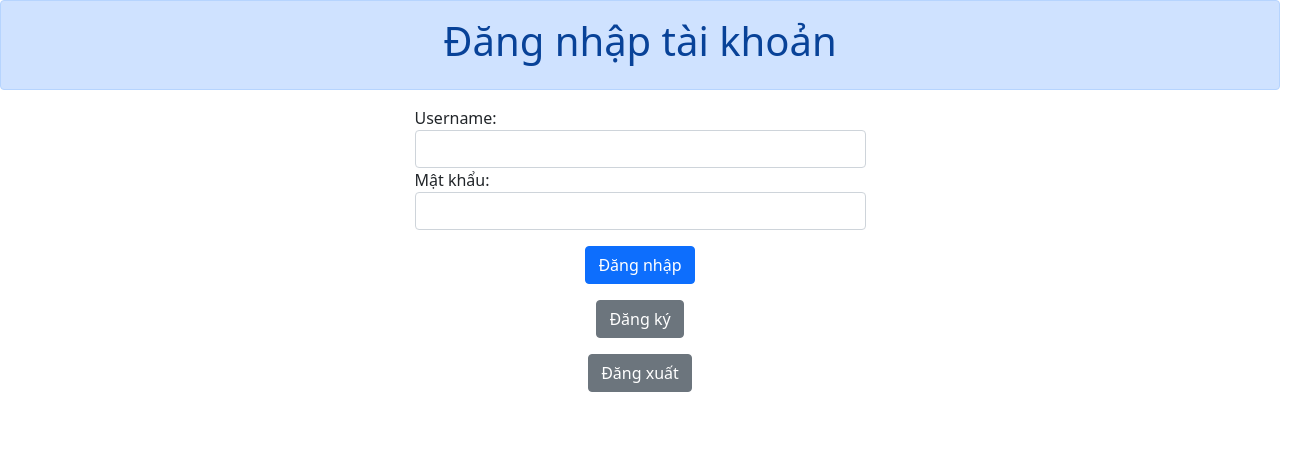
Repository: Carwyn1101/NguyenDinhHongPhuc_22133041
Page: http://localhost/LapTrinhWeb/views/login.jsp
An editor plug-in stored every save of this project. The page is shown before and after the next save, followed by the edit.
The browser window is 1280 px wide. The page is 1292 px wide, so the pictures cover 1292 px, including what lies to the right of the window. The pictures show the whole page.
The page is served by Tomcat 10. Nobody is signed in. The application's start-up code is not run. Other server files are loaded and not shown.

Above is the page before, as saved 2024-09-15 05:13:42.

### LapTrinhWeb/src/main/webapp/views/login.jsp
<%@ page language="java" contentType="text/html; charset=UTF-8"
	pageEncoding="UTF-8"%>
<%@ taglib prefix="c" uri="http://java.sun.com/jsp/jstl/core" %>
<!DOCTYPE html>
<html>
<head>
<meta charset="UTF-8">
<meta name="viewport" content="width=device-width, initial-scale=1">
<!-- Bootstrap CSS -->
<link
	href="https://cdn.jsdelivr.net/npm/bootstrap@5.0.2/dist/css/
bootstrap.min.css"
	rel="stylesheet">
<title>Đăng nhập tài khoản</title>
</head>
<body>
	<header class="row">
		<div class="col">
			<div class="alert alert-primary col" align="center" >
				<h1>Đăng nhập tài khoản</h1>
			</div>
		</div>
	</header>
	<div class="container">
		<div class="row justify-content-center">
			<div class="col-12 col-md-5">
				<form action="login" method="post">
							<c:if test="${alert != null}">
								<label class="alert alert-danger">${alert}</label>
							</c:if>
					<div class="form-group">
						<label for="username">Username:</label> <input type="text" id="username"
							name="username" class="form-control" />
					</div>
					<div class="form-group">
						<label for="password">Mật khẩu: </label> <input type="password"
							id="password" name="password" class="form-control" />
					</div>
					<div class="form-group mt-3" align="center">
						<button type="submit" class="btn btn-primary">Đăng nhập</button>
					</div>
					<div class="form-group mt-3" align="center">
						<!-- Button chuyển hướng tới trang đăng ký -->
						<button type="button" class="btn btn-secondary" onclick="window.location.href='views/register.jsp'">Đăng ký</button>
					</div>
					<div class="form-group mt-3" align="center">
						<!-- Button logout -->
						<button type="button" class="btn btn-secondary" >Đăng xuất</button>
					</div>
				</form>
			</div>
		</div>
	</div>
</body>
</html>

After the next save:
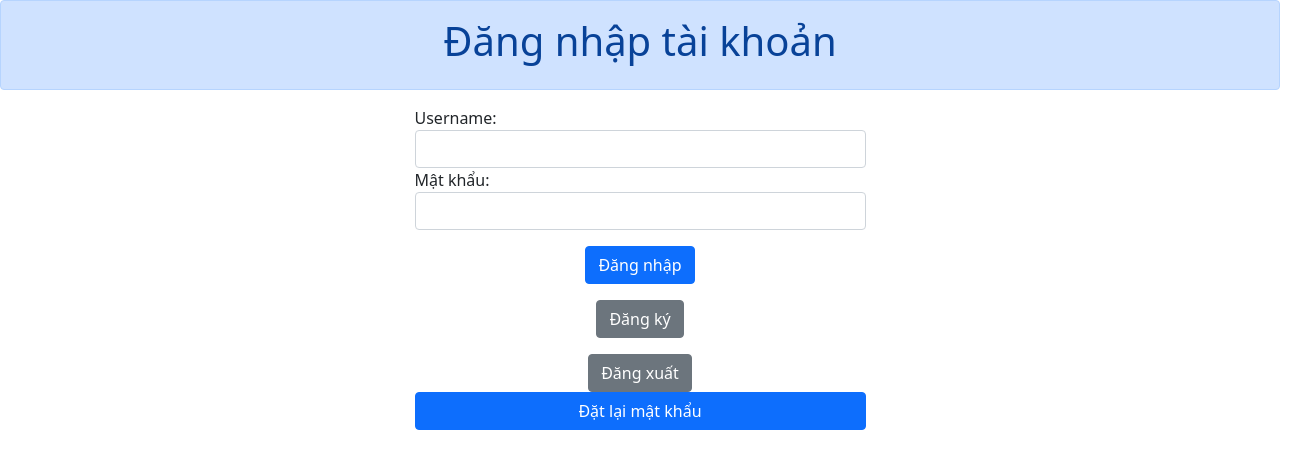
Saved 21 min 7 s later.
--- a/LapTrinhWeb/src/main/webapp/views/login.jsp
+++ b/LapTrinhWeb/src/main/webapp/views/login.jsp
@@ -47,6 +47,9 @@ bootstrap.min.css"
 						<!-- Button logout -->
 						<button type="button" class="btn btn-secondary" >Đăng xuất</button>
 					</div>
+					<div class="d-grid">
+                        <button type="submit" class="btn btn-primary">Đặt lại mật khẩu</button>
+                    </div>
 				</form>
 			</div>
 		</div>
